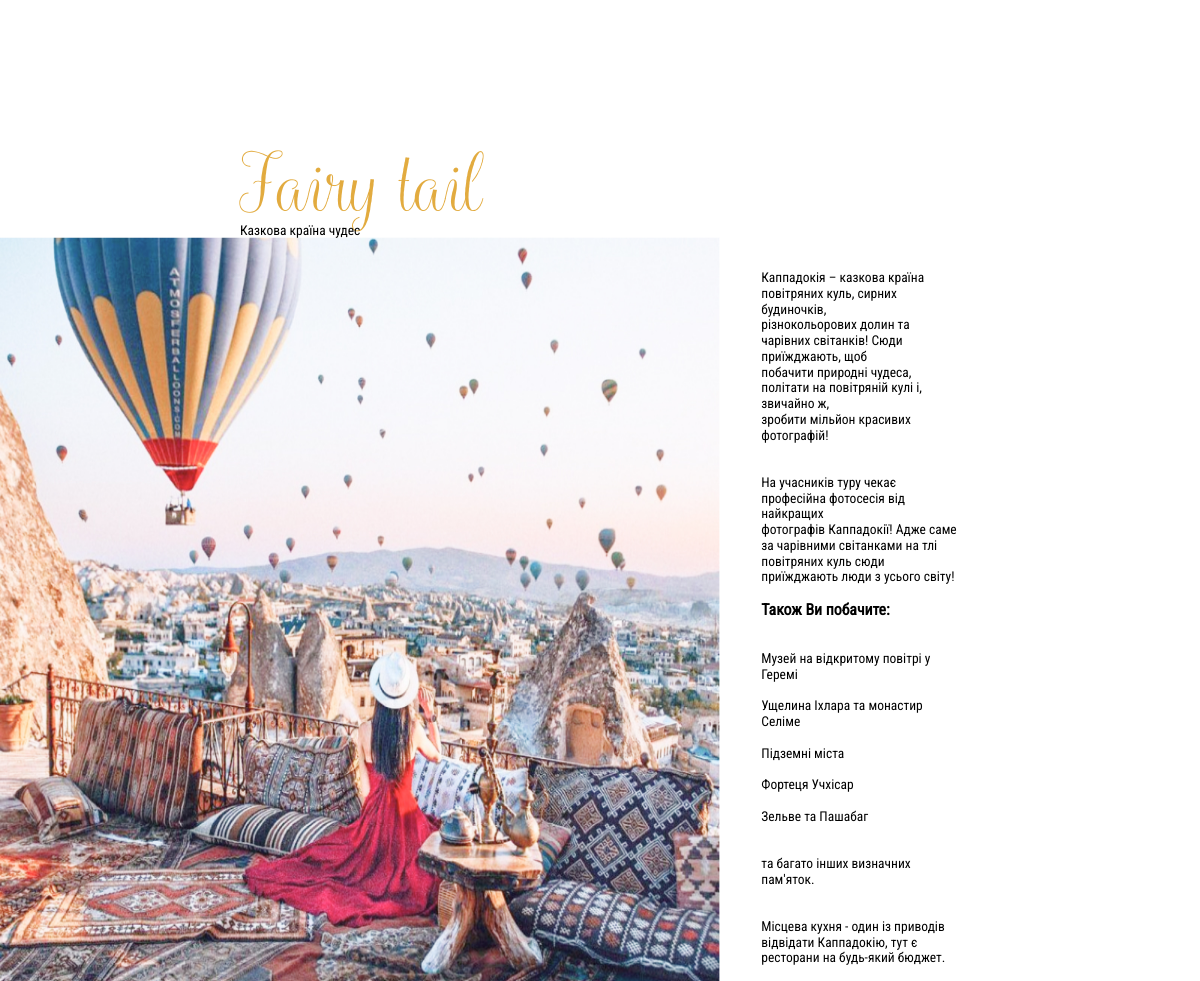
Repository: KYUUBI-K/cappadocia
Page: index.html
An editor plug-in stored every save of this project. The page is shown before and after the next save, followed by the edit.
The browser window is 1280 px wide. The page is 1600 px wide, so the pictures cover 1600 px, including what lies to the right of the window. The pictures show the part of the page from y = 720 to 2028 px (the page is 2028 px tall), at 75% of full size.

Above is the page before, as saved 2025-08-17 19:13:57.

After the next save:
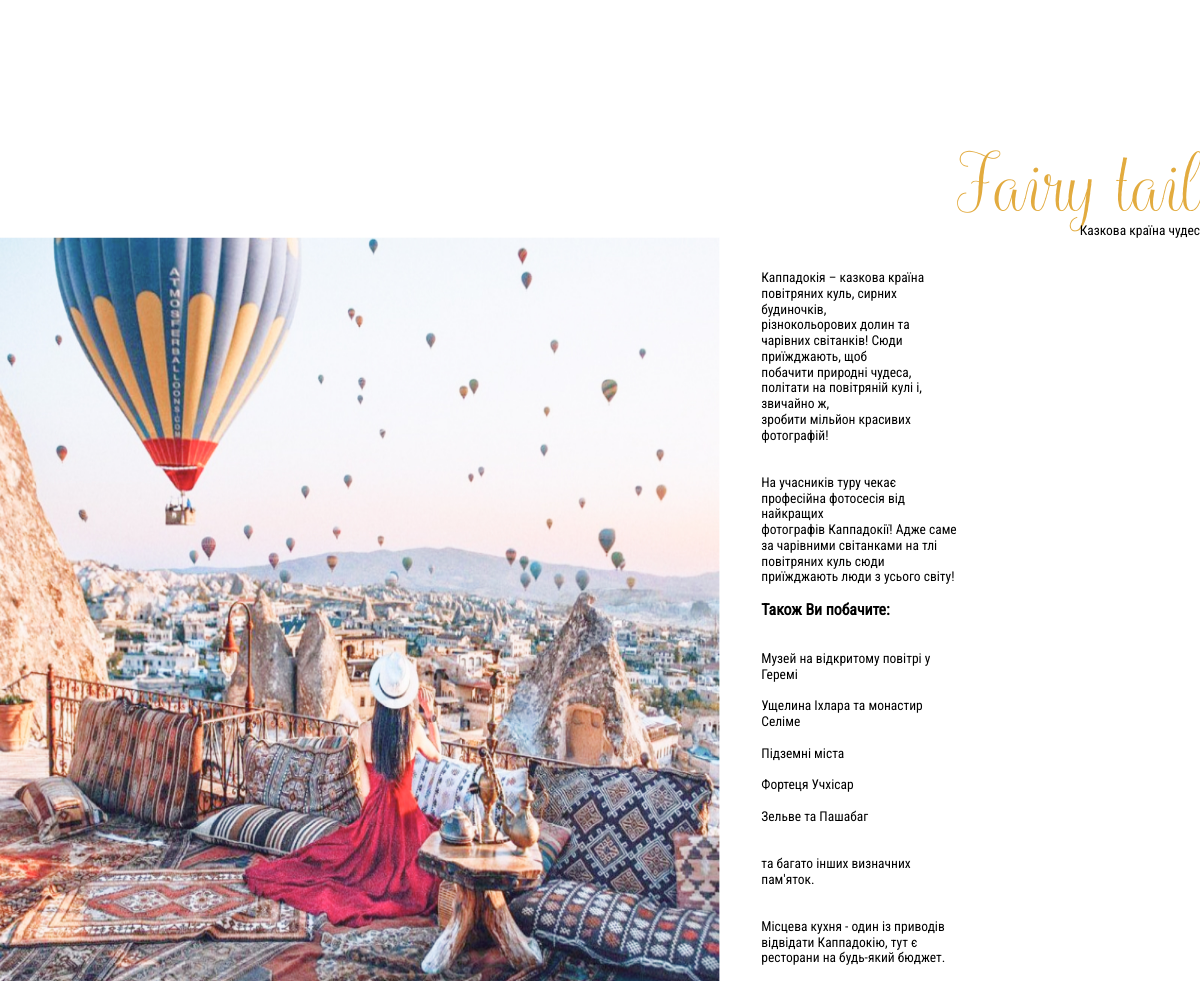
Saved 27 s later.
--- a/styles.css
+++ b/styles.css
@@ -182,7 +182,7 @@
   left: 25%;
   display: flex;
   /* text-align: center; */
-  /* align-items: flex-end; */
+  align-items: flex-end;
   flex-direction: column;
 }
 .section-title-text {

After the 2 saves that followed:
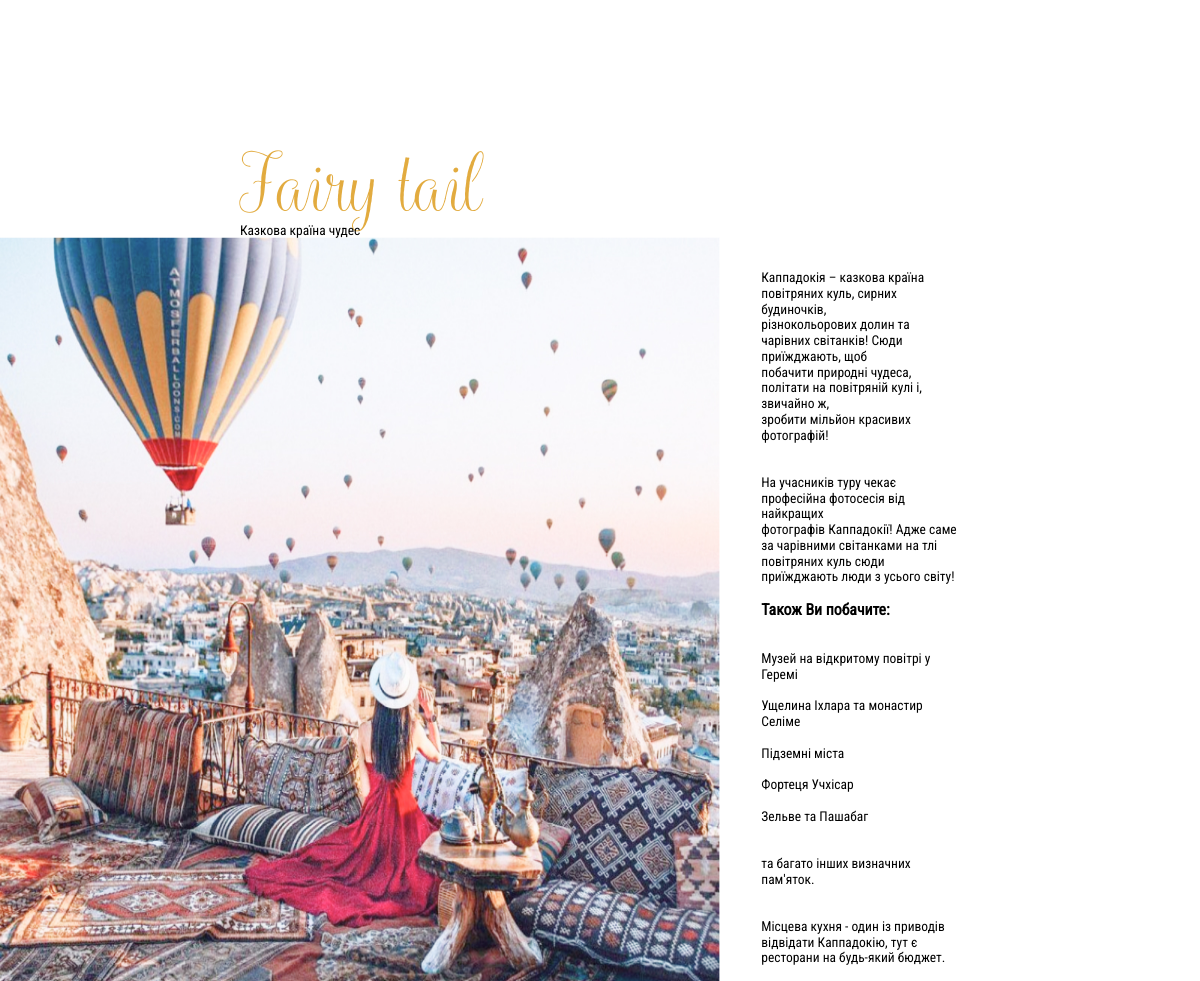
The 2 saves are shown as one change because they came seconds apart.
The last was saved 8 s later.
--- a/styles.css
+++ b/styles.css
@@ -182,7 +182,7 @@
   left: 25%;
   display: flex;
   /* text-align: center; */
-  align-items: flex-end;
+  /* align-items: flex-end; */
   flex-direction: column;
 }
 .section-title-text {
